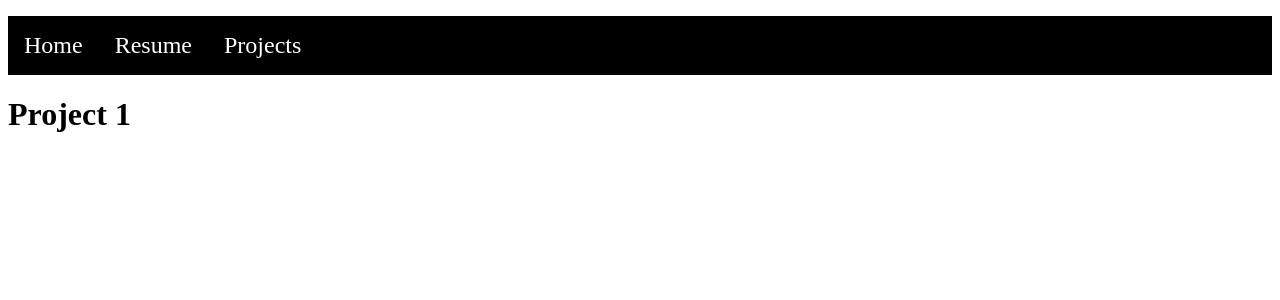
Repository: ChristianCain/ChristianCain.github.io
Page: project2.html
The author's editor kept a record of every edit. The page is drawn from the files as they stood at one moment, then again after the next edit.
The browser window is 1280 px wide. The pictures show the whole page.

Above is the page before.

After the next edit:
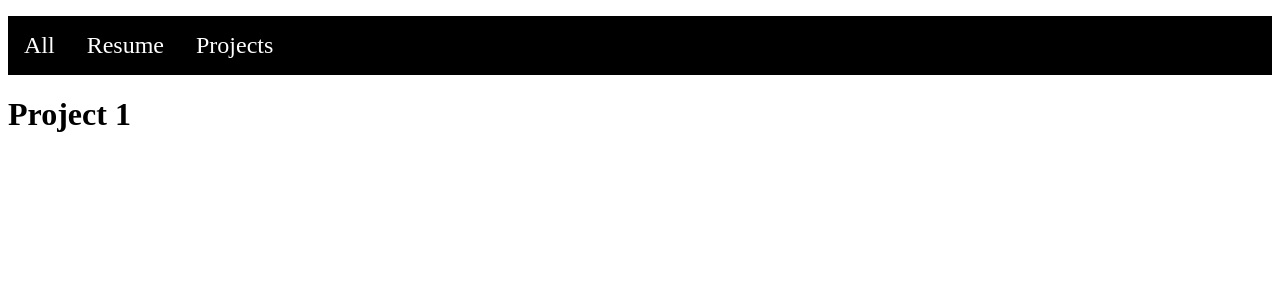
The edit:
--- a/project2.html
+++ b/project2.html
@@ -9,7 +9,7 @@
     </head>
     <body>
         <ul class="navbar">
-            <li><a href="index.html">Home</a></li>
+            <li><a href="index.html">All</a></li>
             <li><a href="resume.html">Resume</a></li>
             <li class = "dropdown"</li>
                 <div>Projects</div>
